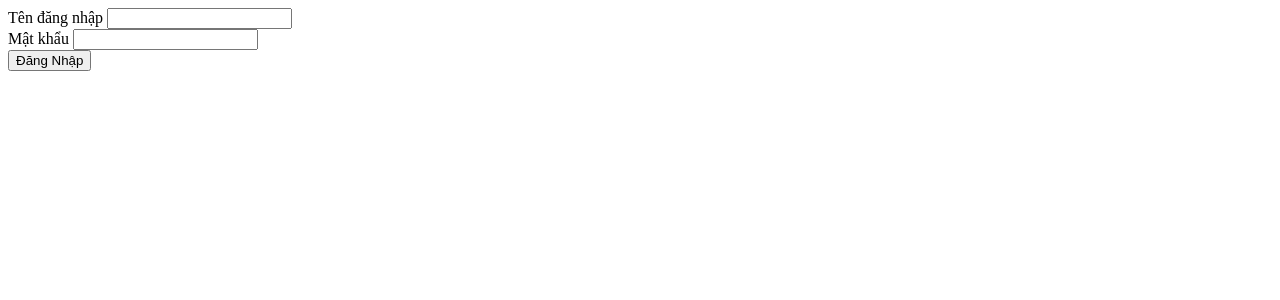
Repository: hosi04/BaiTapWeb
Page: http://localhost/BaiTapWeb_Login/views/login.jsp
The author's editor kept a copy of each file at every save. The page is drawn from the files as they stood at one save, then again after the next save.
The browser window is 1280 px wide. The pictures show the whole page.
The page is served by Tomcat 9.

Above is the page before, as saved 2024-09-07 06:51:41.

After the next save:
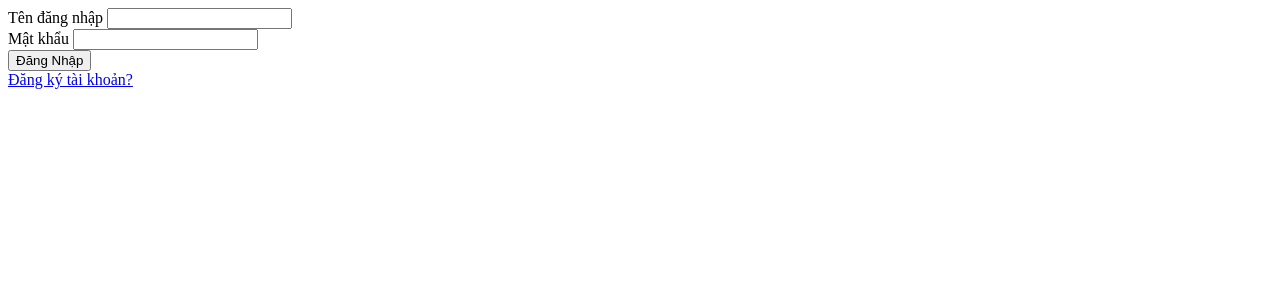
Saved 7 s later.
--- a/BaiTapWeb_Login/src/main/webapp/views/login.jsp
+++ b/BaiTapWeb_Login/src/main/webapp/views/login.jsp
@@ -28,7 +28,7 @@ String url = request.getScheme() + "://" + request.getServerName() + ":" + reque
 		<div>
 			<input type="submit" value="Đăng Nhập"/>
 		</div>
-		<a href="/register.jsp"></a>
+		<a href="/register.jsp">Đăng ký tài khoản?</a>
 
 	</form>
 
